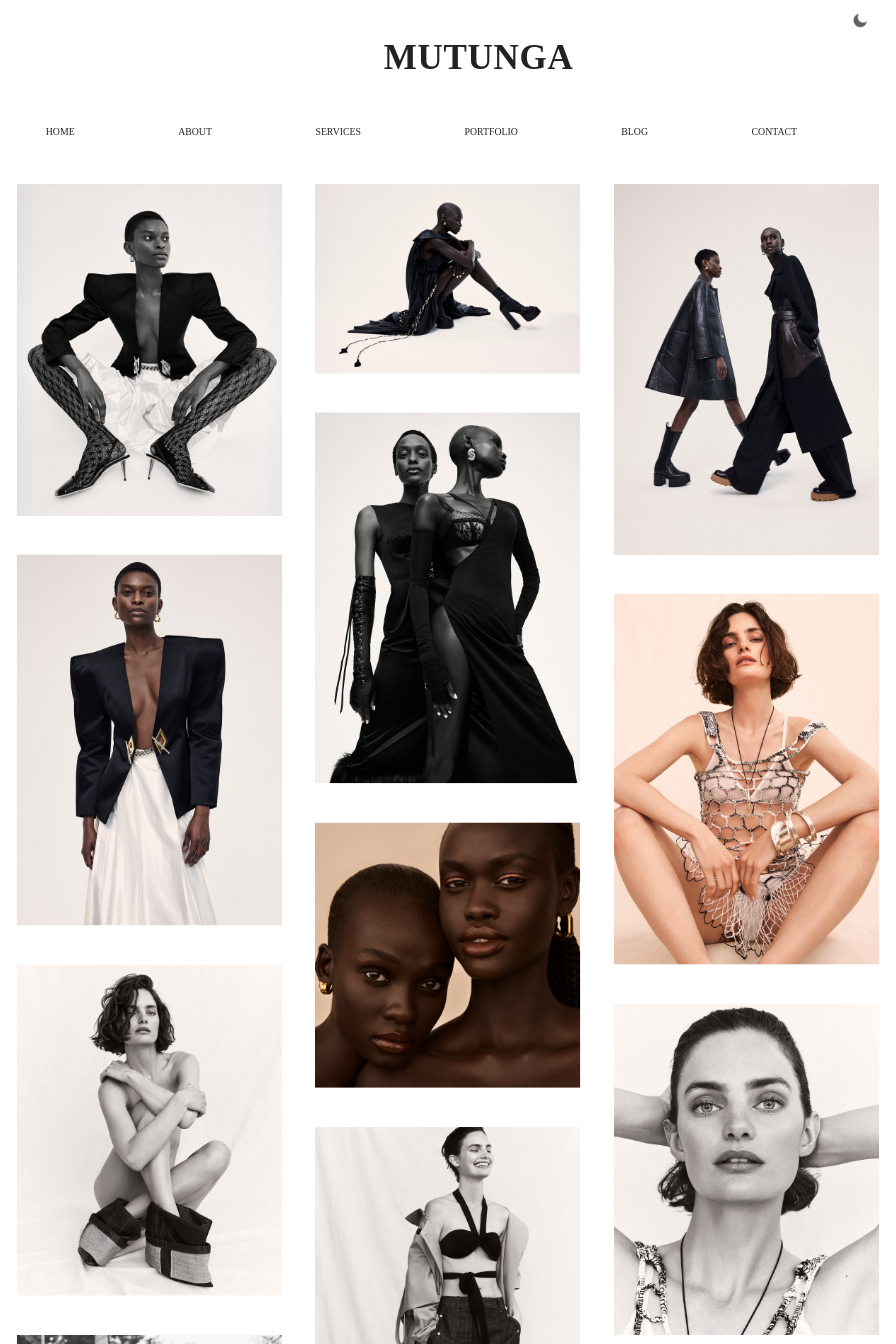
Repository: Jonar254/mutunga-concept-01
Page: index.html
The author's editor kept a copy of each file at every save. The page is drawn from the files as they stood at one save, then again after the next save.
The browser window is 1280 px wide. The pictures show the part of the page from y = 0 to 1920 px (the page is 9670 px tall before and 4964 px after), at 70% of full size.
Some web fonts or font styles are not loaded; a fallback is used.

Above is the page before, as saved 2024-07-27 12:18:26.

### index.html
<!doctype html>
<!--[if lt IE 7]>      <html class="no-js lt-ie9 lt-ie8 lt-ie7" lang=""> <![endif]-->
<!--[if IE 7]>         <html class="no-js lt-ie9 lt-ie8" lang=""> <![endif]-->
<!--[if IE 8]>         <html class="no-js lt-ie9" lang=""> <![endif]-->
<!--[if gt IE 8]><!--> <html class="no-js" lang="en"> <!--<![endif]-->


<head>
        <meta charset="utf-8">
        <meta name="viewport" content="width=device-width, initial-scale=1">
		<meta name="description" content="">
        <meta name="author" content="IconicThemes">

        <title>Mutunga Photos || Index</title>

		<link rel="shortcut icon" type="image/x-icon" href="img/favicon.png">

        <!-- Font Awesome Icons CSS -->
        <link rel="stylesheet" href="css/font-awesome.min.css">
        <!-- Themify Icons CSS -->
        <link rel="stylesheet" href="css/themify-icons.css">
        <!-- Elegant Font Icons CSS -->
        <link rel="stylesheet" href="css/elegant-font-icons.css">
        <!-- Elegant Line Icons CSS -->
        <link rel="stylesheet" href="css/elegant-line-icons.css">
		<!-- Bootstrap CSS -->
        <link rel="stylesheet" href="css/bootstrap.min.css">
        <!-- CSS Animation -->
        <link rel="stylesheet" href="css/animate.min.css">
		<!-- Venobox CSS -->
        <link rel="stylesheet" href="css/venobox/venobox.css">
		<!-- OWL-Carousel CSS -->
        <link rel="stylesheet" href="css/owl.carousel.css">
        <!-- Slick Nav CSS -->
        <link rel="stylesheet" href="css/slicknav.min.css">
		<!-- Main CSS -->
        <link rel="stylesheet" href="css/main.css">
		<!-- Responsive CSS -->
        <link rel="stylesheet" href="css/responsive.css">

        <script src="js/vendor/modernizr-2.8.3-respond-1.4.2.min.js"></script>
        <script src="https://cdnjs.cloudflare.com/ajax/libs/scrollReveal.js/4.0.9/scrollreveal.min.js" integrity="sha512-Kr+RPfLjQ71E0cJ9nseJ6jwTrnmMnuSPnnsVQQ/ZYYCjOHKfJcWj8ILICXnvf9A7ZQChNzIbr9x/ZAxA6xAZlQ==" crossorigin="anonymous" referrerpolicy="no-referrer"></script>
        <script>
            document.addEventListener('DOMContentLoaded', function() {
              ScrollReveal().reveal('.reveal', {
                duration: 1000,      // Duration of the animation
                easing: 'ease-in-out', // Easing for a smooth animation
                viewFactor: 0.3,     // Percentage of the element that must be within the viewport
                mobile: true,        // Ensures that the animations work on mobile devices
              });
            });
          </script>

    </head>
    <body>
        <!--[if lt IE 8]>
            <p class="browserupgrade">You are using an <strong>outdated</strong> browser. Please <a href="http://browsehappy.com/">upgrade your browser</a> to improve your experience.</p>
        <![endif]-->

        <div class="site-preloader-wrap">
            <div class="spinner"></div>
        </div><!-- Preloader -->

        <header id="header" class="header-section">
            <div class="container-fluid">
                <div class="row d-flex flex-column align-items-center">
                    <div class="col-lg-2 col-md-3 col-sm-4  text-center pt-lg-5 pb-lg-5">
                        <div class="site-branding">
                            <a href="index.html"><h2 class="site-title">MUTUNGA</h2></a>
                        </div>
                    </div>
                    <div id="theme-toggle" class="theme-toggle">
                        <button id="theme-toggle" class="theme-toggle"><img src="img/sun.png" alt="Toggle Theme" class="theme-icon"></button>
                    </div>
                    <div class="col-12 text-center">
                        <ul id="mainmenu" class="nav navbar-nav nav-menu">
                            <li class="nav-item active"><a href="index.html" class="nav-link">Home</a></li>
                            <li class="nav-item"><a href="#" class="nav-link">About</a></li>
                            <li class="nav-item"><a href="#" class="nav-link">Services</a></li>
                            <li class="nav-item"><a href="#" class="nav-link">Portfolio</a></li>
                            <li class="nav-item"><a href="#" class="nav-link">Blog</a></li>
                            <li class="nav-item"><a href="#" class="nav-link">Contact</a></li>
                        </ul>
                    </div>
                    <!-- Theme toggle button -->

                </div>
            </div>
        </header>



       <!--<div class="header-height"></div>-->



        <section class="portfolio-section padding">
        <div class="container-fluid">
            <!-- <div class="row">
                 <ul class="portfolio-filter text-center mb-30">
                     <li class="active" data-filter="*">All</li>
                     <li data-filter=".branding">Branding</li>
                     <li data-filter=".design">Design</li>
                     <li data-filter=".wordpress">Wordpress</li>
                     <li data-filter=".marketing">Marketing</li>
                 </ul> /.Work filter
             </div> -->

             <div class="row portfolio-items justify-content-center">
                <div class="col-12 col-md-6 col-lg-3 col-xl-4 px-4 py-3 mb-4 grid-item  single-item" >
                    <div class="portfolio-box">
                        <img src="img/lara (19).jpg" alt="img">

                    </div>
                </div><!-- /Portfolio-19 -->

                 <div class="col-12 col-md-6 col-lg-3 col-xl-4 px-4 py-3 mb-4 grid-item  single-item" >
                    <div class="portfolio-box">
                        <img src="img/lara (16).jpg" alt="img">

                    </div>
                </div><!-- /Portfolio-16 -->
                <div class="col-12 col-md-6 col-lg-3 col-xl-4 px-4 py-3 mb-4 grid-item  single-item" >
                    <div class="portfolio-box">
                        <img src="img/lara (20).jpg" alt="img">

                    </div>
                </div><!-- /Portfolio-20 -->
                <div class="col-12 col-md-6 col-lg-3 col-xl-4 px-4 py-3 mb-4 grid-item  single-item ">
                    <div class="portfolio-box">
                        <img src="img/lara (17).jpg" alt="img">

                    </div>
                </div>
                 <div class="col-12 col-md-6 col-lg-3 col-xl-4 px-4 py-3 mb-4 grid-item  single-item" >
                    <div class="portfolio-box">
                        <img src="img/lara (18).jpg" alt="img">

                    </div>
                </div><!-- /Portfolio-18 -->


                <div class="col-12 col-md-6 col-lg-3 col-xl-4 px-4 py-3 mb-4 grid-item  single-item" >
                    <div class="portfolio-box">
                        <img src="img/lara (13).jpg" alt="img">

                    </div>
                </div><!-- /Portfolio-13 -->
                 <!-- /Portfolio-1 -->
                 <div class="col-12 col-md-6 col-lg-3 col-xl-4 px-4 py-3 mb-4 grid-item  single-item ">
                     <div class="portfolio-box">
                         <img src="img/lara (2).jpeg" alt="img">

                     </div>
                 </div>
                 <div class="col-12 col-md-6 col-lg-3 col-xl-4 px-4 py-3 mb-4 grid-item  single-item" >
                    <div class="portfolio-box">
                        <img src="img/lara (12).jpg" alt="img">

                    </div>
                </div><!-- /Portfolio-12 -->



                <div class="col-12 col-md-6 col-lg-3 col-xl-4 px-4 py-3 mb-4 grid-item  single-item" >
                    <div class="portfolio-box">
                        <img src="img/lara (14).jpg" alt="img">

                    </div>
                </div><!-- /Portfolio-14 -->

                <div class="col-12 col-md-6 col-lg-3 col-xl-4 px-4 py-3 mb-4 grid-item  single-item" >
                    <div class="portfolio-box">
                        <img src="img/lara (15).jpg" alt="img">

                    </div>
                </div><!-- /Portfolio-15 -->



                <div class="col-12 col-md-6 col-lg-3 col-xl-4 px-4 py-3 mb-4 grid-item  single-item" >
                    <div class="portfolio-box">
                        <img src="img/lara (4).jpg" alt="img">

                    </div>
                </div><!-- /Portfolio-17 -->

                 <!-- /Portfolio-2 -->
                 <div class="col-12 col-md-6 col-lg-3 col-xl-4 px-4 py-3 mb-4 grid-item  single-item ">
                     <div class="portfolio-box">
                         <img src="img/lara (3).jpeg" alt="img">

                     </div>
                 </div><!-- /Portfolio-3 -->
                 <div class="col-12 col-md-6 col-lg-3 col-xl-4 px-4 py-3 mb-4 grid-item  single-item ">
                     <div class="portfolio-box">
                         <img src="img/lara (1).jpg" alt="img">

                     </div>
                 </div><!-- /Portfolio-4 -->
                 <div class="col-12 col-md-6 col-lg-3 col-xl-4 px-4 py-3 mb-4 grid-item  single-item " >
                     <div class="portfolio-box">
                         <img src="img/lara (5).jpeg" alt="img">

                     </div>
                 </div><!-- /Portfolio-5 -->
                 <div class="col-12 col-md-6 col-lg-3 col-xl-4 px-4 py-3 mb-4 grid-item  single-item " >
                     <div class="portfolio-box">
                         <img src="img/lara (6).jpeg" alt="img">

                     </div>
                 </div><!-- /Portfolio-6 -->
                 <div class="col-12 col-md-6 col-lg-3 col-xl-4 px-4 py-3 mb-4 grid-item  single-item " >
                     <div class="portfolio-box">
                         <img src="img/lara (7).jpeg" alt="img">

                     </div>
                 </div><!-- /Portfolio-7 -->
                 <div class="col-12 col-md-6 col-lg-3 col-xl-4 px-4 py-3 mb-4 grid-item  single-item " >
                     <div class="portfolio-box">
                         <img src="img/lara (8).jpg" alt="img">

                     </div>
                 </div><!-- /Portfolio-8 -->
                 <div class="col-12 col-md-6 col-lg-3 col-xl-4 px-4 py-3 mb-4 grid-item  single-item" >
                     <div class="portfolio-box">
                         <img src="img/lara (9).jpg" alt="img">

                     </div>
                 </div><!-- /Portfolio-9 -->
                 <!-- Portfolio Items from 10 to 20 -->
<div class="col-12 col-md-6 col-lg-3 col-xl-4 px-4 py-3 mb-4 grid-item  single-item" >
    <div class="portfolio-box">
        <img src="img/lara (10).jpg" alt="img">

    </div>
</div><!-- /Portfolio-10 -->

<div class="col-12 col-md-6 col-lg-3 col-xl-4 px-4 py-3 mb-4 grid-item  single-item" >
    <div class="portfolio-box">
        <img src="img/lara (11).jpg" alt="img">

    </div>
</div><!-- /Portfolio-11 -->




<!-- Portfolio Items from 41 to 60 -->
<div class="col-12 col-md-6 col-lg-3 col-xl-4 px-4 py-3 mb-4 grid-item  single-item" >
    <div class="portfolio-box">
        <img src="img/lara (41).jpg" alt="img">

    </div>
</div><!-- /Portfolio-41 -->

<div class="col-12 col-md-6 col-lg-3 col-xl-4 px-4 py-3 mb-4 grid-item  single-item" >
    <div class="portfolio-box">
        <img src="img/lara (42).jpg" alt="img">

    </div>
</div><!-- /Portfolio-42 -->

<div class="col-12 col-md-6 col-lg-3 col-xl-4 px-4 py-3 mb-4 grid-item  single-item" >
    <div class="portfolio-box">
        <img src="img/lara (43).jpg" alt="img">

    </div>
</div><!-- /Portfolio-43 -->

<div class="col-12 col-md-6 col-lg-3 col-xl-4 px-4 py-3 mb-4 grid-item  single-item" >
    <div class="portfolio-box">
        <img src="img/lara (44).jpg" alt="img">

    </div>
</div><!-- /Portfolio-44 -->

<div class="col-12 col-md-6 col-lg-3 col-xl-4 px-4 py-3 mb-4 grid-item  single-item" >
    <div class="portfolio-box">
        <img src="img/lara (45).jpg" alt="img">

    </div>
</div><!-- /Portfolio-45 -->

<div class="col-12 col-md-6 col-lg-3 col-xl-4 px-4 py-3 mb-4 grid-item  single-item" >
    <div class="portfolio-box">
        <img src="img/lara (46).jpg" alt="img">

    </div>
</div><!-- /Portfolio-46 -->

<div class="col-12 col-md-6 col-lg-3 col-xl-4 px-4 py-3 mb-4 grid-item  single-item" >
    <div class="portfolio-box">
        <img src="img/lara (47).jpg" alt="img">

    </div>
</div><!-- /Portfolio-47 -->

<div class="col-12 col-md-6 col-lg-3 col-xl-4 px-4 py-3 mb-4 grid-item  single-item" >
    <div class="portfolio-box">
        <img src="img/lara (48).jpg" alt="img">

    </div>
</div><!-- /Portfolio-48 -->

<div class="col-12 col-md-6 col-lg-3 col-xl-4 px-4 py-3 mb-4 grid-item  single-item" >
    <div class="portfolio-box">
        <img src="img/lara (49).jpg" alt="img">

    </div>
</div><!-- /Portfolio-49 -->

<div class="col-12 col-md-6 col-lg-3 col-xl-4 px-4 py-3 mb-4 grid-item  single-item" >
    <div class="portfolio-box">
        <img src="img/lara (50).jpg" alt="img">

    </div>
</div><!-- /Portfolio-50 -->
<!-- Portfolio Items from 21 to 40 -->
<div class="col-12 col-md-6 col-lg-3 col-xl-4 px-4 py-3 mb-4 grid-item  single-item" >
    <div class="portfolio-box">
        <img src="img/lara (21).jpg" alt="img">

    </div>
</div><!-- /Portfolio-21 -->

<div class="col-12 col-md-6 col-lg-3 col-xl-4 px-4 py-3 mb-4 grid-item  single-item" >
    <div class="portfolio-box">
        <img src="img/lara (22).jpg" alt="img">

    </div>
</div><!-- /Portfolio-22 -->

<div class="col-12 col-md-6 col-lg-3 col-xl-4 px-4 py-3 mb-4 grid-item  single-item" >
    <div class="portfolio-box">
        <img src="img/lara (23).jpg" alt="img">

    </div>
</div><!-- /Portfolio-23 -->

<div class="col-12 col-md-6 col-lg-3 col-xl-4 px-4 py-3 mb-4 grid-item  single-item" >
    <div class="portfolio-box">
        <img src="img/lara (24).jpg" alt="img">

    </div>
</div><!-- /Portfolio-24 -->

<div class="col-12 col-md-6 col-lg-3 col-xl-4 px-4 py-3 mb-4 grid-item  single-item" >
    <div class="portfolio-box">
        <img src="img/lara (25).jpg" alt="img">

    </div>
</div><!-- /Portfolio-25 -->

<div class="col-12 col-md-6 col-lg-3 col-xl-4 px-4 py-3 mb-4 grid-item  single-item" >
    <div class="portfolio-box">
        <img src="img/lara (26).jpg" alt="img">

    </div>
</div><!-- /Portfolio-26 -->

<div class="col-12 col-md-6 col-lg-3 col-xl-4 px-4 py-3 mb-4 grid-item  single-item" >
    <div class="portfolio-box">
        <img src="img/lara (27).jpg" alt="img">

    </div>
</div><!-- /Portfolio-27 -->

<div class="col-12 col-md-6 col-lg-3 col-xl-4 px-4 py-3 mb-4 grid-item  single-item" >
    <div class="portfolio-box">
        <img src="img/lara (28).jpg" alt="img">

    </div>
</div><!-- /Portfolio-28 -->

<div class="col-12 col-md-6 col-lg-3 col-xl-4 px-4 py-3 mb-4 grid-item  single-item" >
    <div class="portfolio-box">
        <img src="img/lara (29).jpg" alt="img">

    </div>
</div><!-- /Portfolio-29 -->

<div class="col-12 col-md-6 col-lg-3 col-xl-4 px-4 py-3 mb-4 grid-item  single-item" >
    <div class="portfolio-box">
        <img src="img/lara (30).jpg" alt="img">

    </div>
</div><!-- /Portfolio-30 -->

<div class="col-12 col-md-6 col-lg-3 col-xl-4 px-4 py-3 mb-4 grid-item  single-item" >
    <div class="portfolio-box">
        <img src="img/lara (31).jpg" alt="img">

    </div>
</div><!-- /Portfolio-31 -->

<div class="col-12 col-md-6 col-lg-3 col-xl-4 px-4 py-3 mb-4 grid-item  single-item" >
    <div class="portfolio-box">
        <img src="img/lara (32).jpg" alt="img">

    </div>
</div><!-- /Portfolio-32 -->

<div class="col-12 col-md-6 col-lg-3 col-xl-4 px-4 py-3 mb-4 grid-item  single-item" >
    <div class="portfolio-box">
        <img src="img/lara (33).jpg" alt="img">

    </div>
</div><!-- /Portfolio-33 -->

<div class="col-12 col-md-6 col-lg-3 col-xl-4 px-4 py-3 mb-4 grid-item  single-item" >
    <div class="portfolio-box">
        <img src="img/lara (34).jpg" alt="img">

    </div>
</div><!-- /Portfolio-34 -->

<div class="col-12 col-md-6 col-lg-3 col-xl-4 px-4 py-3 mb-4 grid-item  single-item" >
    <div class="portfolio-box">
        <img src="img/lara (35).jpg" alt="img">

    </div>
</div><!-- /Portfolio-35 -->

<div class="col-12 col-md-6 col-lg-3 col-xl-4 px-4 py-3 mb-4 grid-item  single-item" >
    <div class="portfolio-box">
        <img src="img/lara (36).jpg" alt="img">

    </div>
</div><!-- /Portfolio-36 -->

<div class="col-12 col-md-6 col-lg-3 col-xl-4 px-4 py-3 mb-4 grid-item  single-item" >
    <div class="portfolio-box">
        <img src="img/lara (37).jpg" alt="img">

    </div>
    </div><!-- /Portfolio-37 -->

<div class="col-12 col-md-6 col-lg-3 col-xl-4 px-4 py-3 mb-4 grid-item  single-item" >
    <div class="portfolio-box">
        <img src="img/lara (38).jpg" alt="img">

    </div>
</div><!-- /Portfolio-38 -->

<div class="col-12 col-md-6 col-lg-3 col-xl-4 px-4 py-3 mb-4 grid-item  single-item" >
    <div class="portfolio-box">
        <img src="img/lara (39).jpg" alt="img">

    </div>
</div><!-- /Portfolio-39 -->

<div class="col-12 col-md-6 col-lg-3 col-xl-4 px-4 py-3 mb-4 grid-item  single-item" >
    <div class="portfolio-box">
        <img src="img/lara (40).jpg" alt="img" >

    </div>
</div><!-- /Portfolio-40 -->


             </div>
             <!--
             <div class="load-more-btn text-center mt-30">
                 <a href="#" class="default-btn">Load More Projects</a>
             </div>-->
         </div>
        </section>

<!--
        <section class="footer-widget-section padding">
            <div class="container">
                <div class="row">
                    <div class="col-md-4 col-sm-6 xs-padding">
                        <div class="footer-widget">
                            <h2 class="text-white">Stela.</h2>
                            <div class="sep"></div>
                            <p class="mb-0">Stela will help you to make any website like creative startups, professional photographer, portfolio agency or other business very easily as it has been coded in Bootstrap and CSS3.</p>
                        </div>
                    </div>
                    <div class="col-md-4 col-sm-6 xs-padding">
                        <div class="footer-widget">
                            <ul class="address">
                                <li><i class="fa fa-phone"></i> <a href="mailto:+12345678905">+1234 567 8905</a></li>
                                <li><i class="fa fa-envelope-o"></i> <a href="mailto:email@yourdomain.com">email@yourdomain.com</a></li>
                                <li><i class="fa fa-map-marker"></i> 60 Grand Avenue. Central New Road 0708, USA</li>
                            </ul>
                            <ul class="social-icon">
                                <li class="facebook"><a href="#"><i class="fa fa-facebook"></i></a></li>
                                <li class="twitter"><a href="#"><i class="fa fa-twitter"></i></a></li>
                                <li class="instagram"><a href="#"><i class="fa fa-instagram"></i></a></li>
                                <li class="pinterest"><a href="#"><i class="fa fa-pinterest"></i></a></li>
                                <li class="dribbble"><a href="#"><i class="fa fa-dribbble"></i></a></li>
                            </ul>
                        </div>
                    </div>
                    <div class="col-md-4 col-sm-6 xs-padding">
                        <div class="footer-widget">
                            <h2 class="text-white">About me.</h2>
                            <div class="sep"></div>
                            <p class="mb-0">I believe that every client Business more management is a holistic management approach focused on aligning all aspects organization with the wants and needs of clients.</p>
                        </div>
                    </div>
                </div>
            </div>
        </section><!-- /.footer-widget-section -->
        <!--
        <footer class="copyright-text text-center">
            <div class="container">
                <p>&copy; 2024 Mutunga Photos</p>
            </div>
        </footer> /.copyright-text -->

		<a data-scroll href="#header" id="scroll-to-top"><i class="arrow_up"></i></a>


		<!-- jQuery Lib -->
   <script src="https://cdnjs.cloudflare.com/ajax/libs/masonry/4.2.2/masonry.pkgd.min.js"></script>
   <script>
    document.addEventListener('DOMContentLoaded', function() {
        var masonryGrid = document.querySelector('.row.portfolio-items');
        new Masonry(masonryGrid, {
            itemSelector: '.grid-item',
            columnWidth: '.grid-item',
            percentPosition: true,
             // This will center the grid within its parent container
        });
    });
    </script>

		<script src="js/vendor/jquery-1.12.4.min.js"></script>
		<!-- Bootstrap JS -->
		<script src="js/vendor/bootstrap.min.js"></script>
		<!-- Tether JS -->
		<script src="js/vendor/tether.min.js"></script>
        <!-- Imagesloaded JS -->
        <script src="js/vendor/imagesloaded.pkgd.min.js"></script>
		<!-- OWL-Carousel JS -->
		<script src="js/vendor/owl.carousel.min.js"></script>
		<!-- isotope JS -->
		<script src="js/vendor/jquery.isotope.v3.0.2.js"></script>
		<!-- Smooth Scroll JS -->
		<script src="js/vendor/smooth-scroll.min.js"></script>
		<!-- venobox JS -->
		<script src="js/vendor/venobox.min.js"></script>
        <!-- Slick Nav JS -->
        <script src="js/vendor/jquery.slicknav.min.js"></script>
        <!-- Wow JS -->
		<script src="js/vendor/wow.min.js"></script>
		<!-- Contact JS -->
		<script src="js/contact.js"></script>
		<!-- Main JS -->
		<script src="js/main.js"></script>

    </body>

</html>

Loaded but not shown: css/font-awesome.min.css (library); css/themify-icons.css (library); css/bootstrap.min.css (library); css/animate.min.css (library); css/venobox/venobox.css (common file); css/owl.carousel.css (library); css/slicknav.min.css (common file); js/vendor/modernizr-2.8.3-respond-1.4.2.min.js (library); js/vendor/jquery-1.12.4.min.js (library); js/vendor/bootstrap.min.js (library); js/vendor/tether.min.js (library); js/vendor/imagesloaded.pkgd.min.js (library); js/vendor/owl.carousel.min.js (library); js/vendor/jquery.isotope.v3.0.2.js (library); js/vendor/smooth-scroll.min.js (library); js/vendor/venobox.min.js (library); js/vendor/jquery.slicknav.min.js (library); js/vendor/wow.min.js (library); js/main.js (221 lines, source omitted); js/contact.js (49 lines, source omitted); css/main.css (1635 lines, source omitted); css/elegant-font-icons.css (1157 lines, source omitted); css/elegant-line-icons.css (343 lines, source omitted); css/responsive.css (155 lines, source omitted)

After the next save:
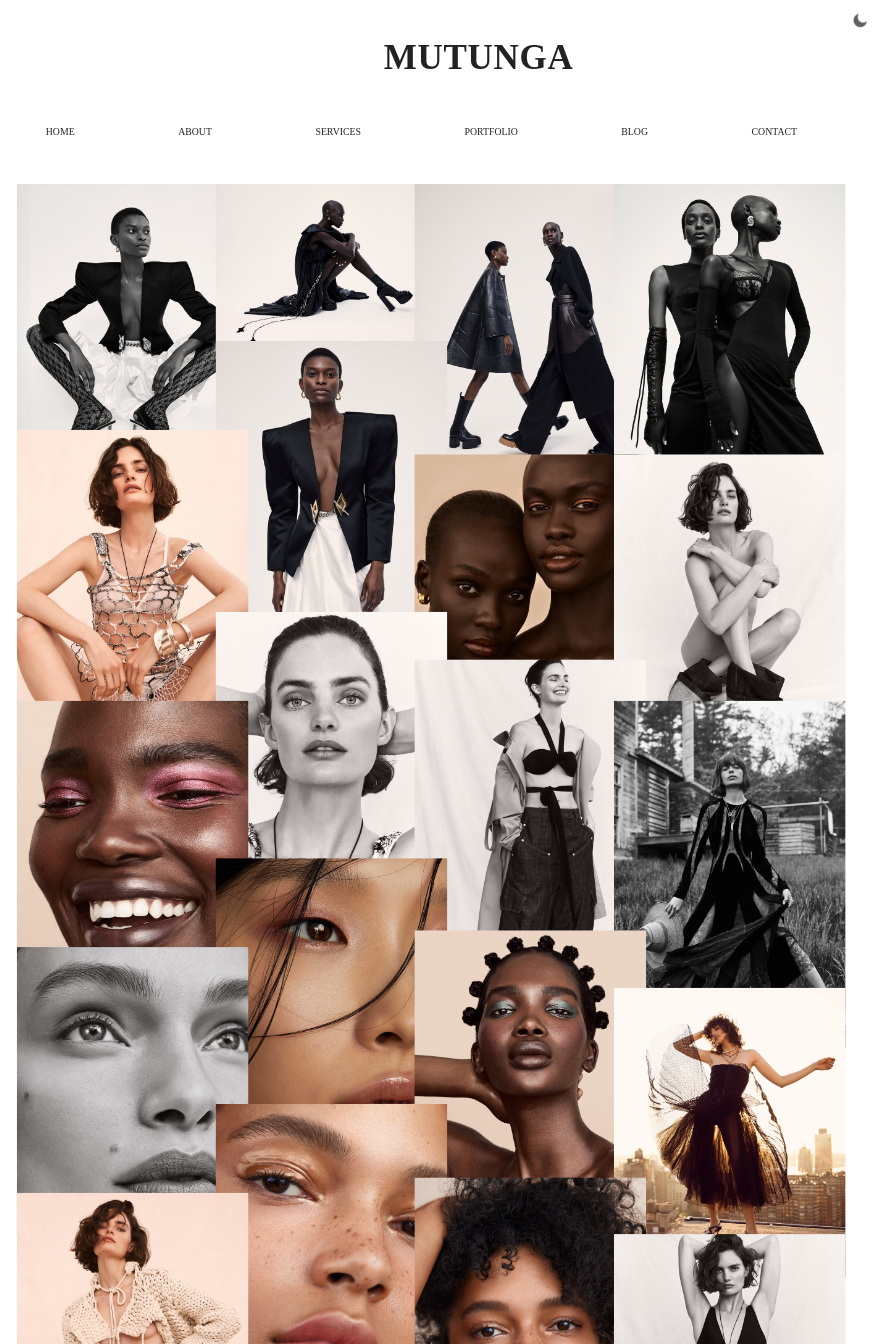
Saved 105 s later.
--- a/index.html
+++ b/index.html
@@ -514,18 +514,20 @@
 
 
 		<!-- jQuery Lib -->
-   <script src="https://cdnjs.cloudflare.com/ajax/libs/masonry/4.2.2/masonry.pkgd.min.js"></script>
-   <script>
-    document.addEventListener('DOMContentLoaded', function() {
-        var masonryGrid = document.querySelector('.row.portfolio-items');
-        new Masonry(masonryGrid, {
-            itemSelector: '.grid-item',
-            columnWidth: '.grid-item',
-            percentPosition: true,
-             // This will center the grid within its parent container
+        <script src="https://cdnjs.cloudflare.com/ajax/libs/jquery/3.3.1/jquery.min.js"></script>
+        <script src="https://cdnjs.cloudflare.com/ajax/libs/jquery.isotope/3.0.6/isotope.pkgd.min.js"></script>
+        <script>
+        $(document).ready(function() {
+            var $grid = $('.row.portfolio-items').isotope({
+                itemSelector: '.grid-item',
+                masonry: {
+                    columnWidth: '.grid-item',
+                    fitWidth: true // This should center the grid items
+                }
+            });
         });
-    });
-    </script>
+        </script>
+
 
 		<script src="js/vendor/jquery-1.12.4.min.js"></script>
 		<!-- Bootstrap JS -->
